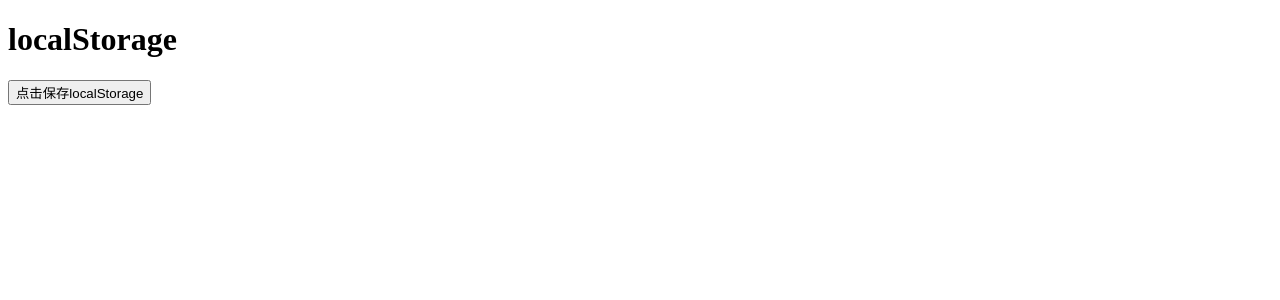
Repository: Lixianlai-2/The-journey-of-learning-Vue
Page: afterVueCli/07_浏览器本地存储/localStorage.html
The author's editor kept a copy of each file at every save. The page is drawn from the files as they stood at one save, then again after the next save.
The browser window is 1280 px wide. The pictures show the whole page.

Above is the page before, as saved 2022-04-22 11:49:40.

### afterVueCli/07_浏览器本地存储/localStorage.html
<!DOCTYPE html>
<html lang="en">
  <head>
    <meta charset="UTF-8" />
    <meta http-equiv="X-UA-Compatible" content="IE=edge" />
    <meta name="viewport" content="width=device-width, initial-scale=1.0" />
    <title>localStorage</title>
  </head>
  <body>
    <h1>localStorage</h1>
    <button onclick="saveStorage()">点击保存localStorage</button>

    <script>
      function saveStorage() {
        alert("运行了吗");
        window.localStorage.setItem("num", "1,2,3");
        // 可以不加window，相同key，下面的会覆盖上面的
        localStorage.setItem("num", "4,5,6");
        localStorage.setItem("num2", "7,8,9");

        // 存储一个对象，要用JSON.stringify
        localStorage.setItem(
          "obj",
          JSON.stringify({ id: "001", eventName: "敲代码" })
        );
      }
    </script>
  </body>
</html>

After the next save:
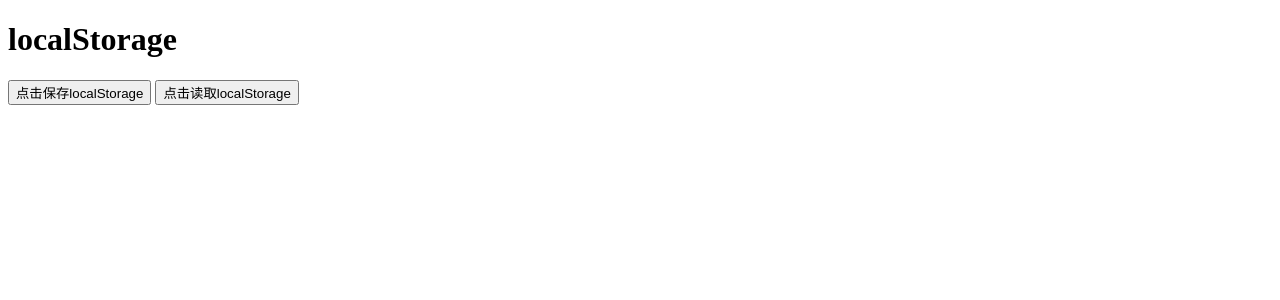
Console error: SyntaxError: Unexpected token ')'
Saved 3 min 6 s later.
--- a/afterVueCli/07_浏览器本地存储/localStorage.html
+++ b/afterVueCli/07_浏览器本地存储/localStorage.html
@@ -9,6 +9,7 @@
   <body>
     <h1>localStorage</h1>
     <button onclick="saveStorage()">点击保存localStorage</button>
+    <button onclick="getStorage()">点击读取localStorage</button>
 
     <script>
       function saveStorage() {
@@ -24,6 +25,17 @@
           JSON.stringify({ id: "001", eventName: "敲代码" })
         );
       }
+
+      function getStorage() {
+        localStorage.getItem("num");
+
+        localStorage.getItem("num2");
+
+        // 存储一个对象，要用JSON.stringify
+        localStorage.getItem(
+          "obj")
+        );
+      }
     </script>
   </body>
 </html>
